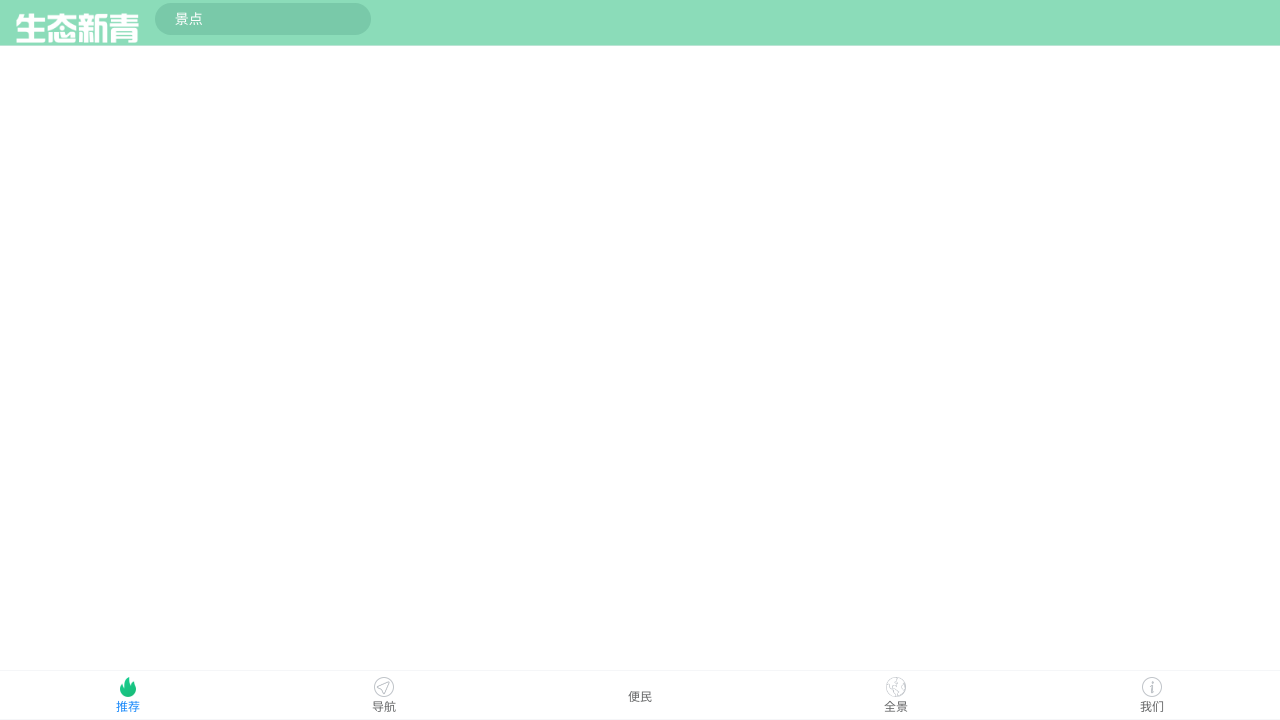
Repository: huye123/stcq
Page: /
These files come from the project's save history. The page is drawn as it stood at one moment and after a run of saves; the edit follows.
The browser window is 1280 px wide. The pictures show the whole page.
The project was rebuilt for these pictures with package versions that can differ from the ones it lists, and the page was loaded fresh each time. Also part of the build but not shown: src/components/search.vue.

Above is the page before, as saved 2019-06-28 16:33:03.

### index.html
<!DOCTYPE html>
<html>
  <head>
    <meta charset="utf-8">
    <meta name="viewport" content="width=device-width,initial-scale=1.0">
    <title>stcqapp</title>
  </head>
  <body>
    <div id="app"></div>
    <!-- built files will be auto injected -->
  </body>
</html>

### src/main.js
// The Vue build version to load with the `import` command
// (runtime-only or standalone) has been set in webpack.base.conf with an alias.
import Vue from 'vue'
import App from './App'
import router from './router'
import Vant from 'vant';
import 'vant/lib/index.css';
Vue.use(Vant)

Vue.config.productionTip = false

// require('src\style\index.less')
/* eslint-disable no-new */
new Vue({
  el: '#app',
  router,
  components: { App },
  template: '<App/>'
})

### src/App.vue
<template>
  <div id="app">
     <router-view/>
  <van-tabbar v-model="active">
  <van-tabbar-item >
    <span>推荐</span>
    <img
      slot="icon"
      slot-scope="props"
      :src="props.active ? icon.active : icon.normal"
    >
  </van-tabbar-item>
  <van-tabbar-item >
    <span>导航</span>
    <img
      slot="icon"
      slot-scope="search"
      :src="search.active ? icon.active1 : icon.navigation"
    >
  </van-tabbar-item>
  <van-tabbar-item  class="bianmin">
    <span>便民</span>
  </van-tabbar-item>
  <van-tabbar-item >
    <span>全景</span>
    <img
      slot="icon"
      slot-scope="panorama"
      :src="panorama.active ? icon.active3 : icon.panorama"
    >
  </van-tabbar-item>
  <van-tabbar-item >
    <span>我们</span>
    <img
      slot="icon"
      slot-scope="user"
      :src="user.active ? icon.active4 : icon.user"
    >
  </van-tabbar-item>
  <!-- <van-tabbar-item icon="search">标签</van-tabbar-item>
  <van-tabbar-item icon="setting-o">标签</van-tabbar-item>
  <van-tabbar-item icon="search">标签</van-tabbar-item> -->
</van-tabbar>
  </div>
</template>

<script>
export default {
  name: 'App',
  data() {
    return {
      active: 0,
      icon: {
        normal: 'static/image/tuijian-n.png',
        active: 'static/image/tuijian-s.png',
        navigation: 'static/image/daolan-n.png',
        active1: 'static/image/daolan-s.png',
        panorama: 'static/image/quanjing-n.png',
        active3: 'static/image/quanjing-s.png',
        user: 'static/image/women-n.png',
        active4: 'static/image/women-s.png'
      },
      //  iconNav: {
      //   normal: 'static/image/daolan-n.png',
      //   active: 'static/image/daolan-s.png'
      // }
    }
  },
}
</script>

<style>
#app {
  font-family: 'Avenir', Helvetica, Arial, sans-serif;
  -webkit-font-smoothing: antialiased;
  -moz-osx-font-smoothing: grayscale;
  text-align: center;
  color: #2c3e50;
  margin-top: 60px;
},
.
</style>

### src/router/index.js
import Vue from 'vue'
import Router from 'vue-router'
import HelloWorld from '@/components/HelloWorld'
import Search from '@/components/search'

Vue.use(Router)

export default new Router({
  routes: [
    {
      path: '/',
      name: 'HelloWorld',
      component: HelloWorld
    },
    {
      path: '@/components/search',
      name: 'search',
      meta: {
       title: '搜索',
      },
     }

  ]
})

### src/components/HelloWorld.vue
<template>
  <div class="hello">
    <van-nav-bar fixed class="index">
      <div slot="left">
        <!-- <span class="title">生态新青</span> -->
        <van-col span="8" class="logo">
          <img src="../../static/image/logo.png" alt="">
        </van-col>
        <router-link :to="{ name: '搜索'}">
          <van-col span="14" class="indexBtn" :offset="1">
            <button>景点</button>
          </van-col>
        </router-link>
      </div>
  <!-- <van-icon name="search" slot="right" /> -->
</van-nav-bar>
  </div>
</template>

<script>
export default {
  name: 'HelloWorld',
  data () {
    return {

    }
  }
}
</script>

<!-- Add "scoped" attribute to limit CSS to this component only -->

<style scoped>
 .index{
   background-color: rgba(25, 186, 117, 0.5);
   /* opacity: 0.5; */

 }
  .logo img{
     width: 100%;
      display: block;
      margin-top: 10px;

   }
   .indexBtn button{
     background-color:  rgba(105, 184, 153, 0.5);
     border: 0px;
     width: 100%;
     border-radius: 25px;
     line-height: 30px;
     color: #fff;
     text-align: left;
     padding-left: 20px;
   }

</style>

After the next 4 saves:
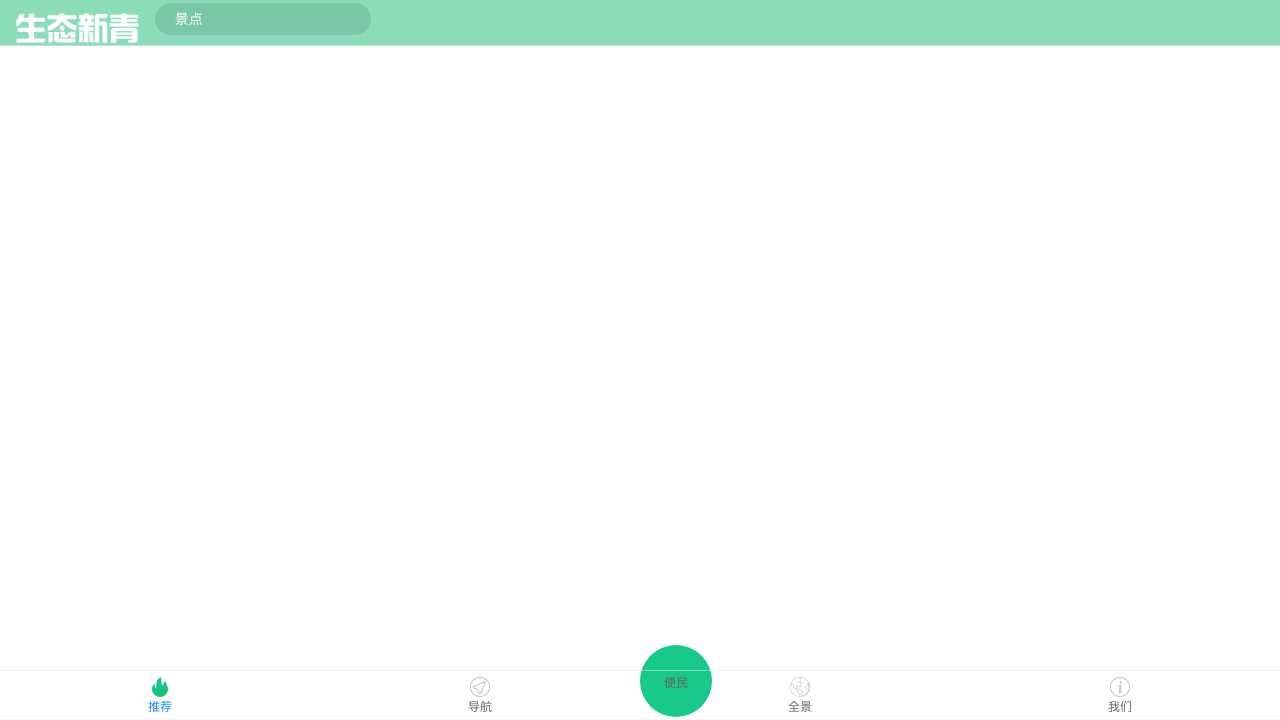
The 4 saves are shown as one change because they came seconds apart.
The last was saved 11 s later.
--- a/src/App.vue
+++ b/src/App.vue
@@ -77,6 +77,16 @@ export default {
   text-align: center;
   color: #2c3e50;
   margin-top: 60px;
-},
-.
+}
+.bianmin{
+      background: #18c98a;
+    border-radius: 50%;
+    /* width: 100%; */
+    height: 72px;
+    width: 72px;
+    position: absolute;
+    top: -50%;
+    left: 50%;
+
+}
 </style>
